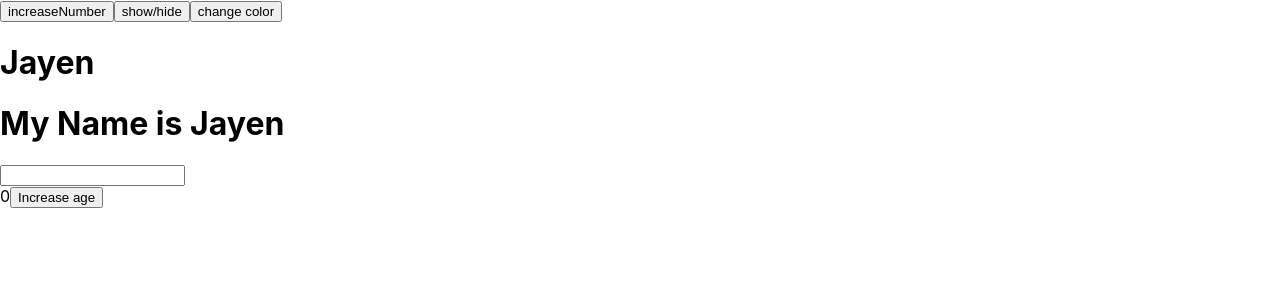
Repository: iamjayenmthakuri/todolist
Page: /
These files come from the project's save history. The page is drawn as it stood at one moment and after the next save; the edit follows.
The browser window is 1280 px wide. The pictures show the whole page.
The project was rebuilt for these pictures with package versions that can differ from the ones it lists, and the page was loaded fresh each time.

Above is the page before, as saved 2022-09-18 23:40:31.

After the next save:
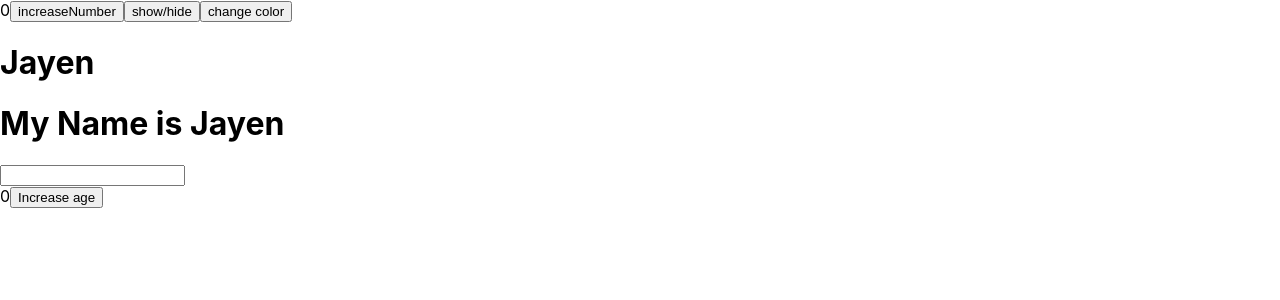
Saved 2 min 3 s later.
--- a/src/App.js
+++ b/src/App.js
@@ -2,7 +2,6 @@ import React,{useState} from 'react';
 
 function App() {
   const [count,setCount]=useState(0);
-
   const increaseNumber = ()=>{
         setCount(count+1);
   }
@@ -20,6 +19,7 @@ const handleInputChange =(event)=>{
 const [textColor,setTextColor]=useState("black");
   return (
   <>
+  {count}
   <button onClick={increaseNumber}>increaseNumber</button>
 
 
